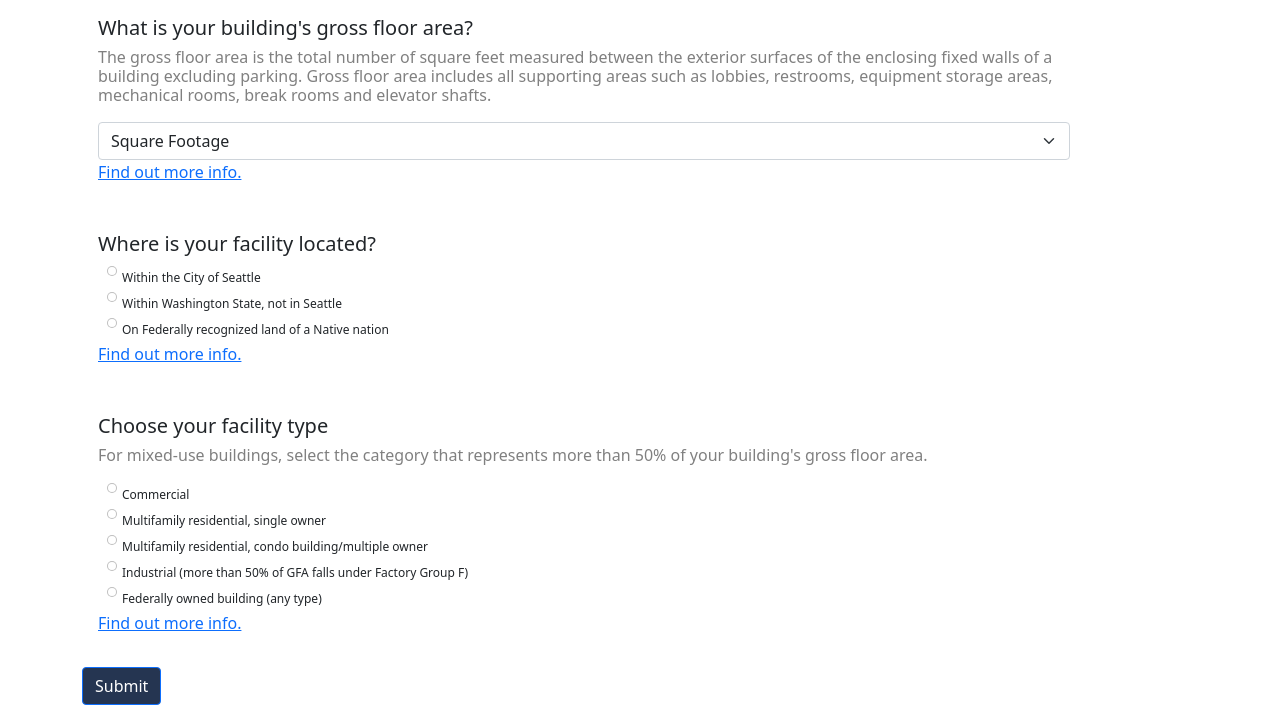
Repository: ChaidGPT/SershonSystemsQuiz
Page: index.html
An editor plug-in stored every save of this project. The page is shown before and after the next save, followed by the edit.
The browser window is 1280 px wide. The pictures show the whole page.

Above is the page before, as saved 2023-07-07 15:54:01.

After the next save:
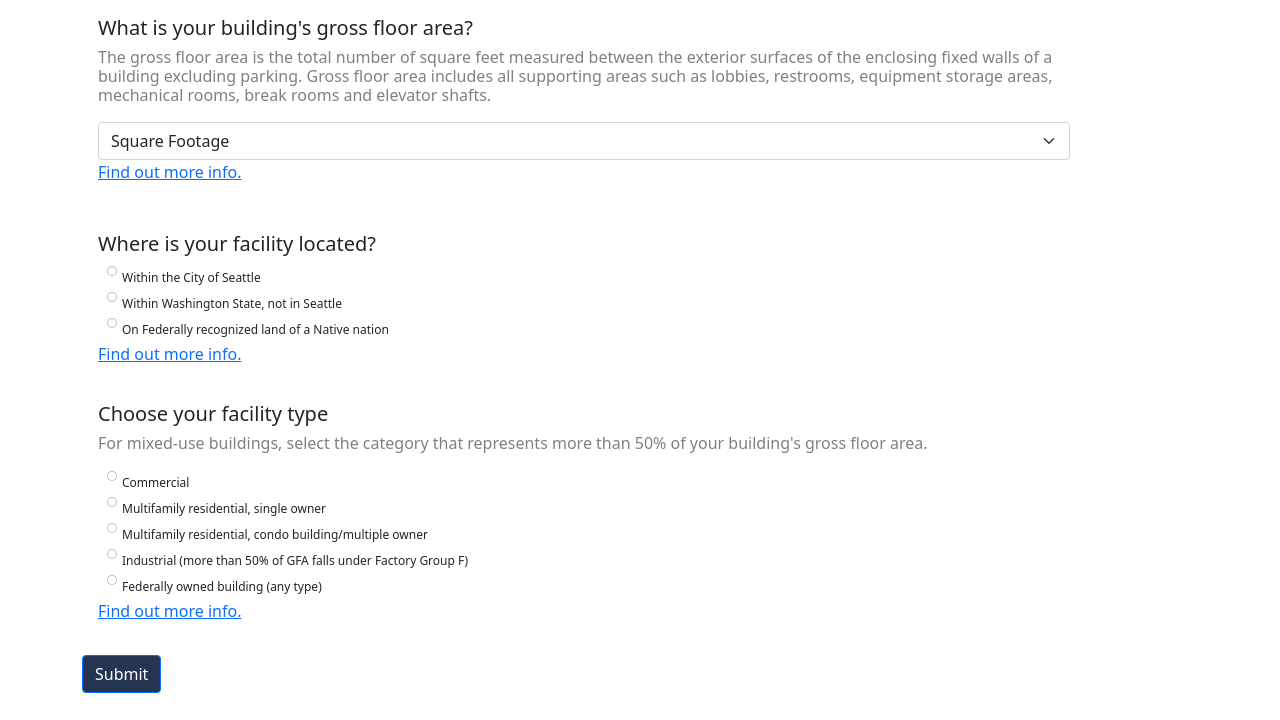
Saved 81 s later.
--- a/index.html
+++ b/index.html
@@ -66,7 +66,7 @@
 		<!-- Question 1 Card End -->
 
 		<!-- Question 2 Card -->
-		<div class="card mb-3">
+		<div class="card mb-1">
 			<div class="card-body">
 				<h5 class="card-title">Where is your facility located?</h5>
 				<div class="form-check">
